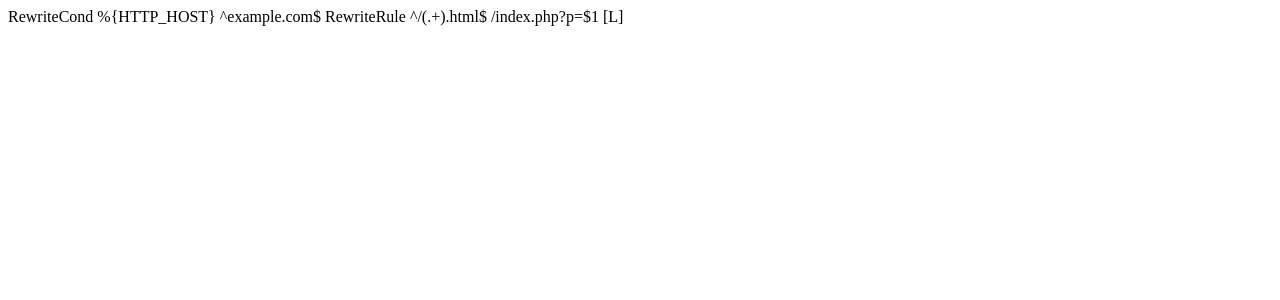
Repository: shadowroot/workspace
Page: http://localhost/newfile.php
The author's editor kept a copy of each file at every save. The page is drawn from the files as they stood at one save, then again after the next save.
The browser window is 1280 px wide. The pictures show the whole page.
The page is run by PHP 8.4 with error messages shown; the project is at /var/www/html/.

Above is the page before, as saved 2011-12-01 13:44:53.

After the next save:
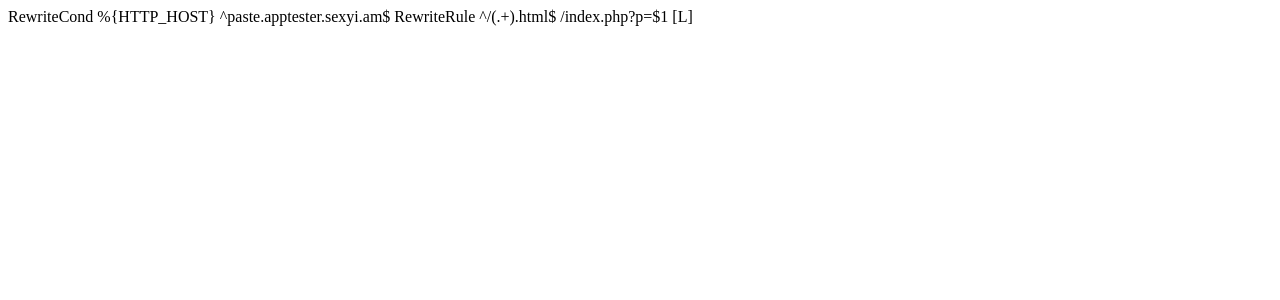
Saved 2 min 16 s later.
--- a/crib_pasted/newfile.php
+++ b/crib_pasted/newfile.php
@@ -1,2 +1,2 @@
-RewriteCond %{HTTP_HOST} ^example.com$
+RewriteCond %{HTTP_HOST} ^paste.apptester.sexyi.am$
 RewriteRule ^/(.+).html$ /index.php?p=$1 [L]
